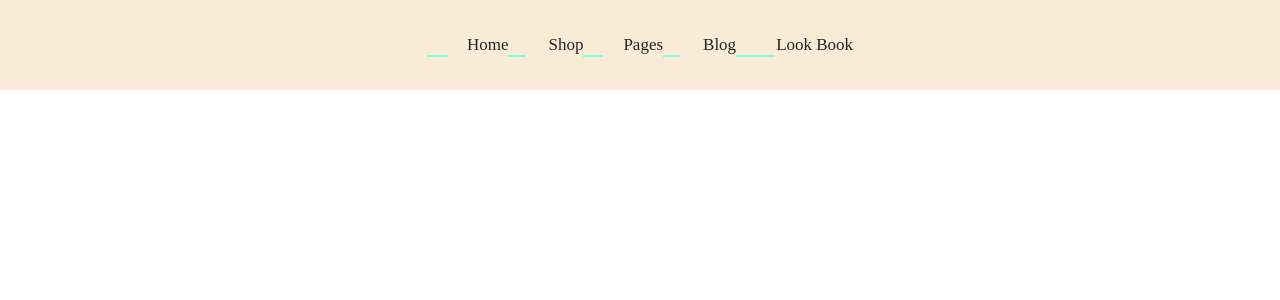
Repository: MorgunovaAlexandra/beauti
Page: index.html
An editor plug-in stored every save of this project. The page is shown before and after a run of saves, followed by the edit.
The browser window is 1280 px wide. The pictures show the whole page.

Above is the page before, as saved 2022-08-24 12:29:37.

### index.html
<!DOCTYPE html>
<html lang="en">
<head>
    <meta charset="UTF-8">
    <meta http-equiv="X-UA-Compatible" content="IE=edge">
    <meta name="viewport" content="width=device-width, initial-scale=1.0">
    <link rel="stylesheet" href="./style.css">
    <title>Document</title>
</head>
<body>
    <div class="wrapper">
        <header class="header">
            <div class="header-container _container">
            <nav class="dws-menu">
                <ul class="menu-list">
                    <li><a href="#"><i class="fa fa-"></i>Home</a></li>
                    <li><a href="#"><i class="fa fa-"></i>Shop</a></li>
                    <li><a href="#"><i class="fa fa-"></i>Pages</a></li>
                    <li><a href="#"><i class="fa fa-"></i>Blog</a></li>
                    <li><a href="#"><i class="fa fa-"></i>Look Book</a></li>
                </ul>

            </nav>
            </div>
        </header>
    </div>
</body>
</html>

### style.css
* {
	margin: 0;
	padding: 0;
	border: 0;
	box-sizing: border-box;
}
:before,:after{
	padding: 0;
	margin: 0;
	border: 0;
	box-sizing: border-box;
}
html,body{
	height: 100%;
    font-family: 'SofiaProRegular';
	font-size: 18px;
	font-weight: 400;
}

.wrapper{
	width: 100%;
	overflow: hidden;

}
._container{
	max-width: 1170px;
	margin: 0px auto;
	padding: 0px 10px;
}
._container{
	max-width: 1170px;
	margin: 0px auto;
	padding: 0px 10px;
}
/*--------------------------*/
.header {
	font-family: 'TTCommons-Medium';
	position: absolute;/*---------изменено-----------------*/
	width: 100%;
	top: 0;
	left: 0;
	z-index: 50;
	font-size: 17px;
    height: 90px;
    background-color: antiquewhite;

}
.menu-list{
    display: flex;
    justify-content: center;
    align-items: center;
    height: 90px;

}

a{
   position: relative;
    text-decoration: none;
    color:rgb(37, 37, 37);
    margin-left: 40px;
}
a::after{
    position: absolute;
    content: "";
    display: block;
    height: 2px;
    width: 50%;
    background-color: aquamarine;
}
li{
    list-style: none;
    position: relative;
}

After the next 2 saves:
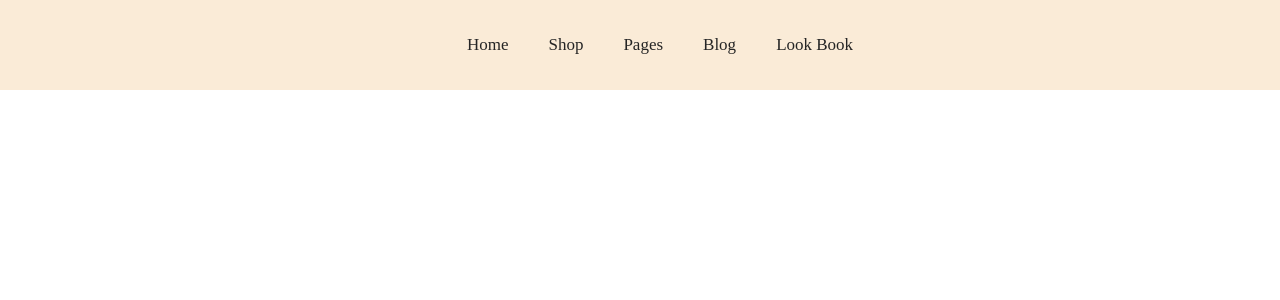
The 2 saves are shown as one change because they came seconds apart.
The last was saved 17 s later.
--- a/style.css
+++ b/style.css
@@ -61,6 +61,7 @@ a{
 }
 a::after{
     position: absolute;
+    bott
     content: "";
     display: block;
     height: 2px;
